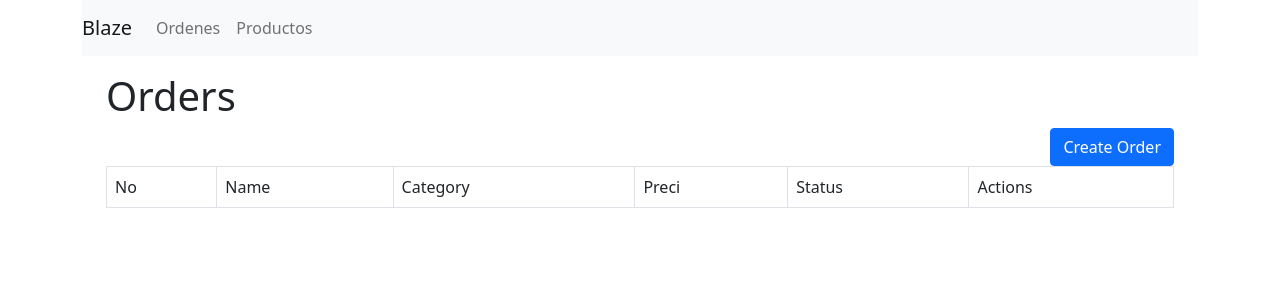
Repository: Isamae/Fractal
Page: /orders (app in frond/)
The author's editor kept a copy of each file at every save. The page is drawn from the files as they stood at one save, then again after the next save.
The browser window is 1280 px wide. The pictures show the whole page.
The page's requests for data from a server got no answer. The project was rebuilt for these pictures with package versions that can differ from the ones it lists, and the page was loaded fresh each time. No one was signed in, and anything a server would have sent is missing. Also part of the build but not shown: frond/src/App.css, frond/src/components/ProductComponent.js.

Above is the page before, as saved 2021-09-16 15:32:43.

### frond/src/index.js
import React from 'react';
import ReactDOM from 'react-dom';
import { BrowserRouter } from "react-router-dom";

import App from './App';
import * as serviceWorker from "./serviceWorker";


ReactDOM.render(
  <BrowserRouter>
    <App />
  </BrowserRouter>,
  document.getElementById('root')
);

serviceWorker.unregister();

### frond/src/App.js
import React, { Component } from "react";
import { Switch, Route, Link } from "react-router-dom";

import 'bootstrap/dist/css/bootstrap.min.css'
import './App.css';

import ProductComponent from "./components/ProductComponent";
import OrderComponent from "./components/OrderComponent";

class App extends Component {
  render() {
    return (
      <div class="container">
          <nav class="navbar navbar-expand-lg navbar-light bg-light">
              <Link to={"/orders"} className="navbar-brand">
                Blaze
              </Link>
              <div className="navbar-nav mr-auto">
                  <li className="nav-item">
                      <Link to={"/orders"} className="nav-link">
                          Ordenes
                      </Link>
                  </li>
                  <li className="nav-item">
                      <Link to={"/products"} className="nav-link">
                        Productos
                      </Link>
                  </li>
              </div>
          </nav>

          <div className="container mt-3">
              <Switch>
                  <Route exact path="/products" component={ProductComponent} />
                  <Route exact path="/orders" component={OrderComponent} />
              </Switch>
          </div>
      </div>
    );
  }
}

export default App;

### frond/src/serviceWorker.js
const isLocalhost = Boolean(
  window.location.hostname === 'localhost' ||
    // [::1] is the IPv6 localhost address.
    window.location.hostname === '[::1]' ||
    // 127.0.0.0/8 are considered localhost for IPv4.
    window.location.hostname.match(
      /^127(?:\.(?:25[0-5]|2[0-4][0-9]|[01]?[0-9][0-9]?)){3}$/
    )
);

export function register(config) {
  if (process.env.NODE_ENV === 'production' && 'serviceWorker' in navigator) {
    // The URL constructor is available in all browsers that support SW.
    const publicUrl = new URL(process.env.PUBLIC_URL, window.location.href);
    if (publicUrl.origin !== window.location.origin) {
      // Our service worker won't work if PUBLIC_URL is on a different origin
      // from what our page is served on. This might happen if a CDN is used to
      return;
    }

    window.addEventListener('load', () => {
      const swUrl = `${process.env.PUBLIC_URL}/service-worker.js`;

      if (isLocalhost) {
        // This is running on localhost. Let's check if a service worker still exists or not.
        checkValidServiceWorker(swUrl, config);

        // Add some additional logging to localhost, pointing developers to the
        // service worker/PWA documentation.
        navigator.serviceWorker.ready.then(() => {
          console.log(
            'This web app is being served cache-first by a service ' +
              'worker. To learn more, visit https://bit.ly/CRA-PWA'
          );
        });
      } else {
        // Is not localhost. Just register service worker
        registerValidSW(swUrl, config);
      }
    });
  }
}

function registerValidSW(swUrl, config) {
  navigator.serviceWorker
    .register(swUrl)
    .then(registration => {
      registration.onupdatefound = () => {
        const installingWorker = registration.installing;
        if (installingWorker == null) {
          return;
        }
        installingWorker.onstatechange = () => {
          if (installingWorker.state === 'installed') {
            if (navigator.serviceWorker.controller) {
              // At this point, the updated precached content has been fetched,
              // but the previous service worker will still serve the older
              // content until all client tabs are closed.
              console.log(
                'New content is available and will be used when all ' +
                  'tabs for this page are closed. See https://bit.ly/CRA-PWA.'
              );

              // Execute callback
              if (config && config.onUpdate) {
                config.onUpdate(registration);
              }
            } else {
              // At this point, everything has been precached.
              // It's the perfect time to display a
              // "Content is cached for offline use." message.
              console.log('Content is cached for offline use.');

              // Execute callback
              if (config && config.onSuccess) {
                config.onSuccess(registration);
              }
            }
          }
        };
      };
    })
    .catch(error => {
      console.error('Error during service worker registration:', error);
    });
}

function checkValidServiceWorker(swUrl, config) {
  // Check if the service worker can be found. If it can't reload the page.
  fetch(swUrl, {
    headers: { 'Service-Worker': 'script' }
  })
    .then(response => {
      // Ensure service worker exists, and that we really are getting a JS file.
      const contentType = response.headers.get('content-type');
      if (
        response.status === 404 ||
        (contentType != null && contentType.indexOf('javascript') === -1)
      ) {
        // No service worker found. Probably a different app. Reload the page.
        navigator.serviceWorker.ready.then(registration => {
          registration.unregister().then(() => {
            window.location.reload();
          });
        });
      } else {
        // Service worker found. Proceed as normal.
        registerValidSW(swUrl, config);
      }
    })
    .catch(() => {
      console.log(
        'No internet connection found. App is running in offline mode.'
      );
    });
}

export function unregister() {
  if ('serviceWorker' in navigator) {
    navigator.serviceWorker.ready
      .then(registration => {
        registration.unregister();
      })
      .catch(error => {
        console.error(error.message);
      });
  }
}

### frond/src/components/OrderComponent.js
import React from "react";
import Routes from "../services/routes.service";

class ProductComponent extends React.Component{
    constructor(props){
        super(props)
        this.state ={
            orders:[]
        }
    }

    componentDidMount(){
        this.getOrders();
    }

    getOrders(){
        Routes.getAllOrders().then(
            response => {
                this.setState({orders: response.data})
            }
        ).catch(e => {
            console.log(e);
        });
    }

    render(){
        return (
            <div  class="container ">
                <div class="d-flex flex-row"><h1> Orders</h1></div>
                <div class="d-flex flex-row-reverse ">
                    <button type="button" class="btn btn-primary">Create Order</button>
                </div>
                <div class="row">
                    <div class="table-responsive ">
                        <table className="table table-striped table-hover table-bordered">
                            <thead>

                                <tr>
                                    <td>No</td>
                                    <td>Name</td>
                                    <td>Category</td>
                                    <td>Preci</td>
                                    <td>Status</td>
                                    <td>Actions</td>
                                </tr>

                            </thead>
                            <tbody>
                                {
                                    this.state.orders.map(
                                        order =>
                                        <tr key = {order._id}>
                                            <td>{order._id}</td>
                                            <td>{order.name}</td>
                                            <td>{order.order_category}</td>
                                            <td>{order.unit_price}</td>
                                            <td>{order.active}</td>
                                            <td>
                                                <a href="#" class="view" title="View" data-toggle="tooltip" style={{color:"#10ab80"}}><i class="material-icons">&#xE417;</i></a>
                                                <a href="#" class="edit" title="Edit" data-toggle="tooltip"><i class="material-icons">&#xE254;</i></a>
                                                <a href="#" class="delete" title="Delete" data-toggle="tooltip" style={{color:"red"}}><i class="material-icons">&#xE872;</i></a>

                                            </td>
                                        </tr>
                                    )
                                }
                            </tbody>
                        </table>
                    </div>
                </div>
            </div>
        )
    }
}

export default ProductComponent

### frond/src/services/routes.service.js
import http from '../http';

class Routes{
    getAllProducts(){
        return http.get("/products");
    }

    getAllOrders(){
        return http.get("/orders");
    }
}

export default new Routes;

Loaded but not shown: frond/public/index.html (common file); frond/src/http.js (common file)

After the next save:
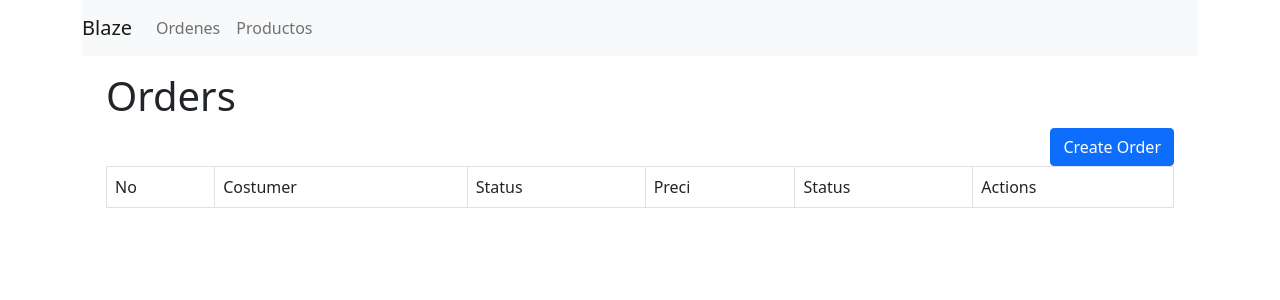
Saved 71 s later.
--- a/frond/src/components/OrderComponent.js
+++ b/frond/src/components/OrderComponent.js
@@ -37,8 +37,8 @@ class ProductComponent extends React.Component{
 
                                 <tr>
                                     <td>No</td>
-                                    <td>Name</td>
-                                    <td>Category</td>
+                                    <td>Costumer</td>
+                                    <td>Status</td>
                                     <td>Preci</td>
                                     <td>Status</td>
                                     <td>Actions</td>
